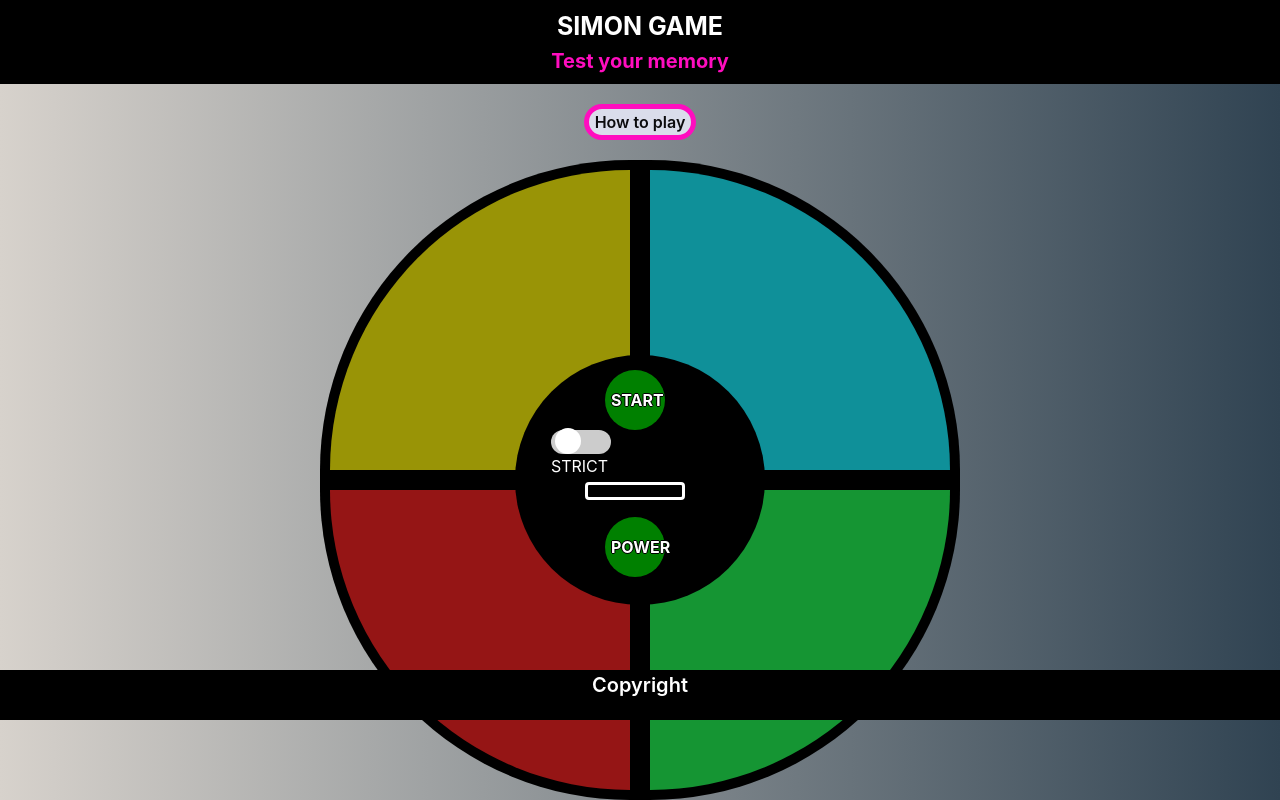
Repository: murphya14/Simon-game
Page: index.html
The author's editor kept a record of every edit. The page is drawn from the files as they stood at one moment, then again after the next edit.
The browser window is 1280 px wide. The pictures show the whole page.

Above is the page before.
Console error: SyntaxError: Unexpected token ')'

### index.html
<!DOCTYPE html>
<html lang="en">

<head>
    <meta charset="UTF-8">
    <meta name="viewport" content="width=device-width, initial-scale=1, shrink-to-fit=no">
    <meta http-equiv="X-UA-Compatible" content="ie=edge">
    <meta charset="UTF-8">

    <meta name="description" content="Simon Memory Game">
    <meta name="keywords" content="Simon Memory, Memory Game, Game, Puzzle, Fun, Challenge">
    <meta name="author" content="Aisling Murphy">
    <link rel="stylesheet" href="assets/css/style.css" type="text/css" />
    <link href="/YOUR_PATH/favicon.ico" rel="icon" type="image/x-icon" />
    <link rel="stylesheet" href=" https://stackpath.bootstrapcdn.com/font-awesome/4.7.0/css/font-awesome.min.css" type="text/css" />
    <link href="https://fonts.googleapis.com/css?family=Orbitron&display=swap" rel="stylesheet">
    <link href="https://fonts.googleapis.com/css?family=Shojumaru&effect=3d rel='stylesheet' type='text/css">
    <link rel="stylesheet" href="https://stackpath.bootstrapcdn.com/bootstrap/4.3.1/css/bootstrap.min.css" integrity="sha384-ggOyR0iXCbMQv3Xipma34MD+dH/1fQ784/j6cY/iJTQUOhcWr7x9JvoRxT2MZw1T" crossorigin="anonymous">
    <link href="data:[embedded picture, 1901 characters]"
        rel="icon" type="image/x-icon" />
    <title>Simon Game</title>


</head>

<body>
    <header>
        <nav class="navbar navbar-expand-lg flex-column container-fluid">
            <div="row">
                <div class="col-12 header">Simon Game</div>
                </div>
                <div class="row">
                    <div class="col-12 sub-heading">Test your memory</div>
                </div>
    </header>
    </nav>

<div class="wrapper">
    <div class="container flex-column">

        <div class="row">
            <div class="col center">
                <!---Aided by https://www.pair.com/support/kb/how-to-use-jquery-to-generate-modal-pop-up-when-clicked/--->

                <div class="how-to popup-overlay">
                    <!--Creates the popup content-->
                    <div id="how-to-p" class="popup-content">
                        <h2>How to Play</h2>
                        <p> This is an example pop-up that you can make using jQuery. lorem ipsum keyboard shortcuts. Select how much text you want from the menu item in Edit->Text->Lorem Ipsum or in the right click menu in Lorem Ipsum. Press the shortcut
                            key (Alt+Shift+L) to add Lorem Ipsum text. Keep pressing to add more.</p>
                        <!--popup's close button-->
                        <button class="close">Close</button>
                    </div>
                </div>
                <!--Content shown when popup is not displayed-->

                <button id="how-to" class="open how-to">How to play</button>
            </div>
        </div>
    </div>

        <!---Help from https://www.danpurdy.co.uk/tutorial/simon-says-game-in-jquery-tutorial/ and ausio is sourced from FreeCodeAcademy-->

        <div class="row">
            <div class="col">
                <div class="background-circle">
                    <div class="pad one" data-pad="1" id="one">
                        <audio preload="auto" class="sound1" data-pad="1" id="clip1">
                 <source src="https://s3.amazonaws.com/freecodecamp/simonSound1.mp3"></source>
               </audio>
                    </div>
                    <div class="pad two" id="two" data-pad="2">
                        <audio preload="auto" class="sound2" data-pad="2" id="clip2">
         <source src="https://s3.amazonaws.com/freecodecamp/simonSound2.mp3"></source>
                 </audio>
                    </div>
                    <div class="pad three" id="three" data-pad="3">
                        <audio preload="auto" class="sound3" data-pad="3" id="clip3">
              <source src="https://s3.amazonaws.com/freecodecamp/simonSound3.mp3"></source>

                </audio>
                    </div>
                    <div class="pad four" id="four" data-pad="4">
                        <audio preload="auto" class="sound4" data-pad="4" id="clip4">
                  <source src="https://s3.amazonaws.com/freecodecamp/simonSound4.mp3"></source>
                </audio>
                    </div>

                    <div class="circle">

                    <button class="center start-button" id="start">Start</button>


                    <div class="custom-control custom-switch " id="strict" >
                        <label class="switch">
                      <input type="checkbox">
                      <span class="slider round"></span>
                      <div class="strict uppercase">Strict</div>
                    </label>

                    </div>

                    <button class="btn" type="button" id="counter" ></button>

                     <button class="center start-button" id="on" >Power</button>

                    </div>

                </div>

            </div>

        </div>
 </div>
        <footer class="footer flex-column">
            <p class="col"> Copyright </p>
        </footer>

        <script src="https://code.jquery.com/jquery-3.3.1.slim.min.js" integrity="sha384-q8i/X+965DzO0rT7abK41JStQIAqVgRVzpbzo5smXKp4YfRvH+8abtTE1Pi6jizo" crossorigin="anonymous"></script>
        <script src="https://ajax.googleapis.com/ajax/libs/jquery/3.3.1/jquery.min.js"></script>
        <script src="https://cdnjs.cloudflare.com/ajax/libs/popper.js/1.14.7/umd/popper.min.js" integrity="sha384-UO2eT0CpHqdSJQ6hJty5KVphtPhzWj9WO1clHTMGa3JDZwrnQq4sF86dIHNDz0W1" crossorigin="anonymous"></script>
        <script src="https://stackpath.bootstrapcdn.com/bootstrap/4.3.1/js/bootstrap.min.js" integrity="sha384-JjSmVgyd0p3pXB1rRibZUAYoIIy6OrQ6VrjIEaFf/nJGzIxFDsf4x0xIM+B07jRM" crossorigin="anonymous"></script>
        <script type="text/javascript" src="assets/js/make.js"></script>
</body>

</html>

### assets/css/style.css
@import url('https://fonts.googleapis.com/css?family=Orbitron&display=swap');


body {
background-image: linear-gradient(to right, #d7d2cc 0%, #304352 100%);
/*background sourced from https://webgradients.com/*/
    height: 100%;
    font-family: 'Orbitron', sans-serif;
    font-size: 20px;
    text-align: center;
    position: relative;
    width: 100%;
    margin: auto;
}

.wrapper {
    position: relative;
    width: 640px;
    margin: 0 auto;

}

.uppercase {text-transform: uppercase}


.center {
    text-align: center;
    ;
}

/*Nav/header styling*/

.navbar {background-color: black;
    color: white;
    font-weight: 700;
}

.header {
    position: fixed;
    font-size: 25px;
    text-transform: uppercase;

    text-align: center;

}

.sub-heading {
    position: fixed;
    font-size:20px;
    text-align: center;
    color: #ff0dbf;
}


/*Shapes*/

.circle {
    position: absolute;
    top: 195px;
    left: 195px;
    width: 250px;
    height: 250px;
    background: #000;
    border-radius: 125px;
    z-index: 10;
}

.background-circle {
    position: absolute;
    top: 0px;
    width: 640px;
    height: 640px;
    z-index: 0;
    background-color: black;
    border-radius: 310px;
}


.pad {

    width: 300px;
    height: 300px;
    float: left;
    z-index: 1;
    margin: 10px;
    -ms-filter: "progid:DXImageTransform.Microsoft.Alpha(Opacity=60)";
    filter: alpha(opacity=60);
    opacity: 0.6;
    /*Opacity changes in JS based on the game being played*/
}



.one {
    border-top-left-radius: 300px;
    background-color: #FFF70B;
}

.two {
    float: left;
    border-top-right-radius: 300px;
    background-color: #19F0FF;
    clear: right;
}

.three {
    float: left;
    border-bottom-left-radius: 300px;
    background-color: #F92323;
    clear: left;
}

.four {
    float: left;
    border-bottom-right-radius: 300px;
    background-color: #23F955;

}

/*Buttons*/

/*Styling for modul button*/

.how-to {
    color: #0b0b0d;
    border: 5px solid #ff0dbf;
    background-color: #daddeb;
    font-weight: 600;
    border-radius: 25px;

    margin: 20px;
    text-align: center;
    cursor: pointer;
}

.how-to:hover {
    background-color: #ff0dbf;
    color: white;
    font-weight: 700;
}

#how-to-p {
    Background-color: #ff0dbf;
    border-radius: 2em 2em 2em 2em / 1em 1em 1em 1em;
    color: black;
    width: 100%;

    text-align:center;
}
/*-----------------------------------Pop up modaL activation*/

.popup-overlay {
  /*Hides pop-up when there is no "active" class*/
  visibility: hidden;
  position: absolute;
  background: #ffffff;
  border: 3px solid #666666;
  width: 50%;
  height: 50%;
  left: 25%;
}

.popup-overlay.active {
  /*displays pop-up when "active" class is present*/
  visibility: visible;
  text-align: center;
  z-index: 10;
}

.popup-content {
  /*Hides pop-up content when there is no "active" class */
  visibility: hidden;
}

.popup-content.active {
  /*Shows pop-up content when "active" class is present */
  visibility: visible;
   z-index: 10;
   width:100%;
   padding:10px;
}


.how-to-p, h2 {color: white;}

.close {color:white;
    font-weight: 700;
}

.hide {display:none;}

.start-button {
    width: 60px;
    height: 60px;
    background-color: green;
    border-radius: 310px;
    text-align: center;
    font-weight: 700;
    margin-left: 90px;
    margin-top: 15px;
    text-transform: uppercase;
    border: 20px;
    border-color: #0B7842;
    text-shadow: -1px 0 black, 0 1px black, 1px 0 black, 0 -1px black;
    color: white;
    cursor: pointer
}


.start-button:hover {
    background-color: #49fb35;
}

.begin-game-start {background-color: #49fb35;}

.begin-game-pads {opacity:1;}

#counter {

  width: 40%;
  text-align: center;
  margin-left:70px;
  color:#F50505;
  border: solid white;


}
/*-----------------------------------slider- using help from https://www.w3schools.com/howto/howto_css_switch.asp*/
.switch {
  position: relative;
  display: inline-block;
  width: 60px;
  height: 24px;
}

/* Hide default HTML checkbox */
.switch input {
  opacity: 0;
  width: 0;
  height: 0;
}

/* The slider */
.slider {
  position: absolute;
  cursor: pointer;
  top: 0;
  left: 0;
  right: 0;
  bottom: 0;
  background-color: #ccc;
  -webkit-transition: .4s;
  transition: .4s;
}

.slider:before {
  position: absolute;
  content: "";
  height: 26px;
  width: 26px;
  left: 4px;
  bottom: 0px;
  background-color: white;
  -webkit-transition: .4s;
  transition: .4s;
}

input:checked + .slider {
  background-color: #F7135F;
}

input:focus + .slider {
  box-shadow: 0 0 1px #2196F3;
}

input:checked + .slider:before {
  -webkit-transform: translateX(26px);
  -ms-transform: translateX(26px);
  transform: translateX(26px);
}

/* Rounded sliders */
.slider.round {
  border-radius: 34px;
}

.slider.round:before {
  border-radius: 50%;
}

.strict{color:white}

#strictButton {margin:15px;
margin-left: 55px;

}

/*Class for JS*/
.disabled { pointer-events: none; }

/*Footers*/

.footer {
    position: fixed;
    left: 0;
    bottom: 0;
    width: 100%;
    text-align: center;
    font-size: 10px;
    margin:0;
    color: white;
    background-color: black;
    height: 50px;
    font-size: 20px;
    font-weight: 600;

}

### assets/js/make.js
let order = [];
let sequence = [];
let playerSequence = [];
let flash;
let turn;
let good;
let compTurn;
let intervalId;
let Strict =false;
let noise = true;
let on = false;
let win;
let offNoise = new Audio('');
let winNoise = new Audio('');
let strictNoise = new Audio('');
let playInterval;
let playTimeout;
let computerCount;
let playerCount;
let allowStart;
let randomNumber;
let randomNum;

const turnCounter = document.querySelector("#counter");
const topLeft = document.querySelector("#one");
const topRight = document.querySelector("#two");
const bottomLeft = document.querySelector("#three");
const bottomRight = document.querySelector("#four");
const strictButton = document.querySelector("#strict");
const onButton = document.querySelector("#on");
const startButton = document.querySelector("#start");



 /*---------------------------------JQuery/JS will load once the DOM is ready*/

$(document).ready(function() {

 /*--------------------------------------------------------------------------------Modal button*/
$(".open").on("click", function() {
  $(".popup-overlay, .popup-content").addClass("active");
});

/*removes the "active" class to .popup and .popup-content when the "Close" button is clicked*/
$(".close, .popup-overlay").on("click", function() {
  $(".popup-overlay, .popup-content").removeClass("active");
});


  /*--------------------------------------------------------------------------------- What happens when Power is clicked */

    /*----------------------------------------Flash at start of the game */
function flashColor() {
  $(".pad").addClass('begin-game-pads');

  }

      /*----------------------------------------Removal of flash */

 function clearColor(){
       $(".pad").removeClass("begin-game-pads");
       }

  /*----------------------------------------The game cannot start before power has been turned on */

let allowStart = startButton.onclick = () => {
        $("#start").addClass("begin-game-start");
        clearColor();
        initializeGame();
        };
 /*--------------------------------------------------------------------------------- What happens when start is clicked(after on has been clicked) */


if(on ==false){
    turnCounter.innerHTML = "--";
    clearColor();
    clearInterval(intervalId);
}
else{
 allowStart;
}



    /*----------------------------------------Power is clicked*/

$("#on").click(function() {
       window.on ==true;
      $("#on").addClass("begin-game-start");
      flashColor();
      turnCounter.innerHTML = "Score";

});

/*----------------------------------------Initialize game outs everything back to default settings */

function initializeGame() {
    clearInterval(playInterval);
    clearColor();
    turnCounter.innerHTML="0";
    sequence = [];
    turn = 0;
    $(".pad").addClass('disabled');
    randomNumber();
    intervalId = setInterval(turn, 800);
    gamePlay();

}


/*----------------------------------------Pushes a number between 1-4 randomly into the sequence array */
function randomNumber() {
      randomNum = Math.ceil(Math.random() * 4);
    sequence.push(randomNum);
    console.log(sequence);
}

/*----------------------------------------This is the computers turn to generate a sequence. It sets the computer and player to 0. There is an array for the
player sequence. The turn increment sets the array, playerCount and computerCount back to 0 for the next count. The player interval is a switch that checks the sequence in the array. Each element of the sequence produces a flash and associated sound.
The value of the ComputerCount determines how many times this will be run. Once the sequence matches the computerCount, the playInterval will stop which allows the player to start clicking.
The computerCount is then incremented by 1.*/



function gamePlay() {
    turn++;
    playerCount = 0;
    computerCount = 0;
    playerSequence = [];
    playInterval = setInterval(function() {
        switch (sequence[computerCount]) {
            case 1:
               one();
                break;
            case 2:
                two();
                break;
            case 3:
                three();
                break;
            case 4:
                four();
                break;
            default:
                break;
        }
        if (sequence.length === computerCount) {
            clearInterval(playInterval);
            $(".pad").removeClass('disabled');
        }
        computerCount++;
    }, 800);
}
/*----------------------------Changes visuals after the pad has been clicked*/
function playerTimeout() {
    playTimeout = setTimeout(function() {
       clearColor();
    }, 400);
}
/*------------------------------------------------------- Pairing color change and audio for each of the four pads*/
function one() {
     {
    topLeft.css("opacity=1");
    playerTimeout();
    soundGenerate('clip1');
}

function two() {
topRight.css("opacity=1");
    playerTimeout();
    soundGenerate('clip2');
}
function three() {
    bottomLeft.css("opacity=1");
    playerTimeout();
    soundGenerate('clip3');
}
function four() {
bottomRight.css("opacity=1");
    playerTimeout();
    soundGenerate('clip4');
}

/*-------------------------------------If pad is clicked, the player sequence is created.-*/

topLeft.addEventListener('click', (event) => {
  if (on) {
    playerSequence.push(1);
    check();
    one();
    if(!win) {
         setTimeout(() => {
        clearColor();
      }, 300);
    }
  }
});

topRight.addEventListener('click', (event) => {
  if (on) {
    playerSequence.push(2);
    check();
    two();
    if(!win) {
      setTimeout(() => {
        clearColor();
      }, 300);
    }
  }
});

bottomLeft.addEventListener('click', (event) => {
  if (on) {
    playerSequence.push(3);
    check();
    three();
    if(!win) {
      setTimeout(() => {
        clearColor();
      }, 300);
    }
  }
});

bottomRight.addEventListener('click', (event) => {
  if (on) {
    playerSequence.push(4);
    check();
    four();
    if(!win) {
      setTimeout(() => {
        clearColor();
      }, 300);
    }
  }
});



 /*------------------------------------- function to check if the array of the computer matches the array the player has inputted and increment the count*/

  let playerSeqMatch =
   playerSequence[playerCount - 1] === sequence[playerCount - 1];
    good = true;

    let playerSeqNotMatch =
    playerSequence[playerCount - 1] !== sequence[playerCount - 1];
    good = false;



function check() {
    playerCount++;
            /*-------------Assigns variables to see if the player and computer sequence match*/


    /*-------------Assigns the boolean "good" which reacts to whether the sequence of the player and computer match and incorporates the strict rule*/
   if (good == false) {
    flashColor();
    turnCounter.innerHTML = "Nope!";
    setTimeout(function(){
      turnCounter.innerHTML = turn;
      clearColor();
      checkStrict();}, 3000);}

     if(good==true){
    flashColor();
    turnCounter.innerHTML = "WELL DONE!";
    setTimeout(function() {
      turnCounter.innerHTML = counter();
      clearColor();
      checkStrict();
      counter();}, 3000);}

 /*-------------Assigns the rule that will apply if strict is on*/


    if (Strict == true && playerSeqNotMatch) setTimeout(function() {
        showGameOver();
      }, 800);

      else setTimeout(function()  {
        compTurn = true;
        flash = 0;
        sequence = [];
        good = true;
      }, 800);




   /*-------------Assigns the rule that will apply if the sequence of the player and computer match*/

  if (playerSeqMatch) {
    turn++;
   sequence = [];
    compTurn = true;
    flash = 0;
    good=true;
    counter();
    intervalId = setInterval(turn, 800);}

}

 /*-------------Criteria for the game to be won and what occurs*/

if (playerCount === 20 && playerSeqMatch) {
        clearInterval(playInterval);
        winGame();
}
 /*-------------------------------------Running the check function through when the pads have been clicked by the player*/



 /*--------------------------------------------------------------------------------- Strict button setting */



function checkStrict() {
    if ($("#strict").is(":checked")){
      Strict = true;
    } else {
      Strict = false;
    }
  }


 /*----------------------------------------------------------------------------------COUNTER: Sets the value of the new value as it is incremented by 1*/

function counter (){
    var currentVal = document.getElementById("counter");
    var newVal = 0;

    if (currentVal<20){
         newval = currentVal + 1;
    }
    document.getElementById("counter").innerHTML = newVal;
}


/*---------------------------This removes the flash of the pads after 500 milliseconds */

function flashTimeout() {
    flashColor;
    setTimeout(function() {
        clearColor();
    }, 500);
}



/*---------------------------This function is incurred when it is game over and reflects this message in the Counter box */

function showGameOver() {
   turnCounter.innerHTML("GAME OVER");
   flashColor();
}

/*---------------------------This function is incurred when it is game over and reflects this message in the Counter box if the player has won adn plays the winning music*/

function winGame() {
    turnCounter.innerHTML("WIN!");
    flashColor();
    setTimeout(function() {
        winNoise;
    }, 2000);
}

});

After the next edit:
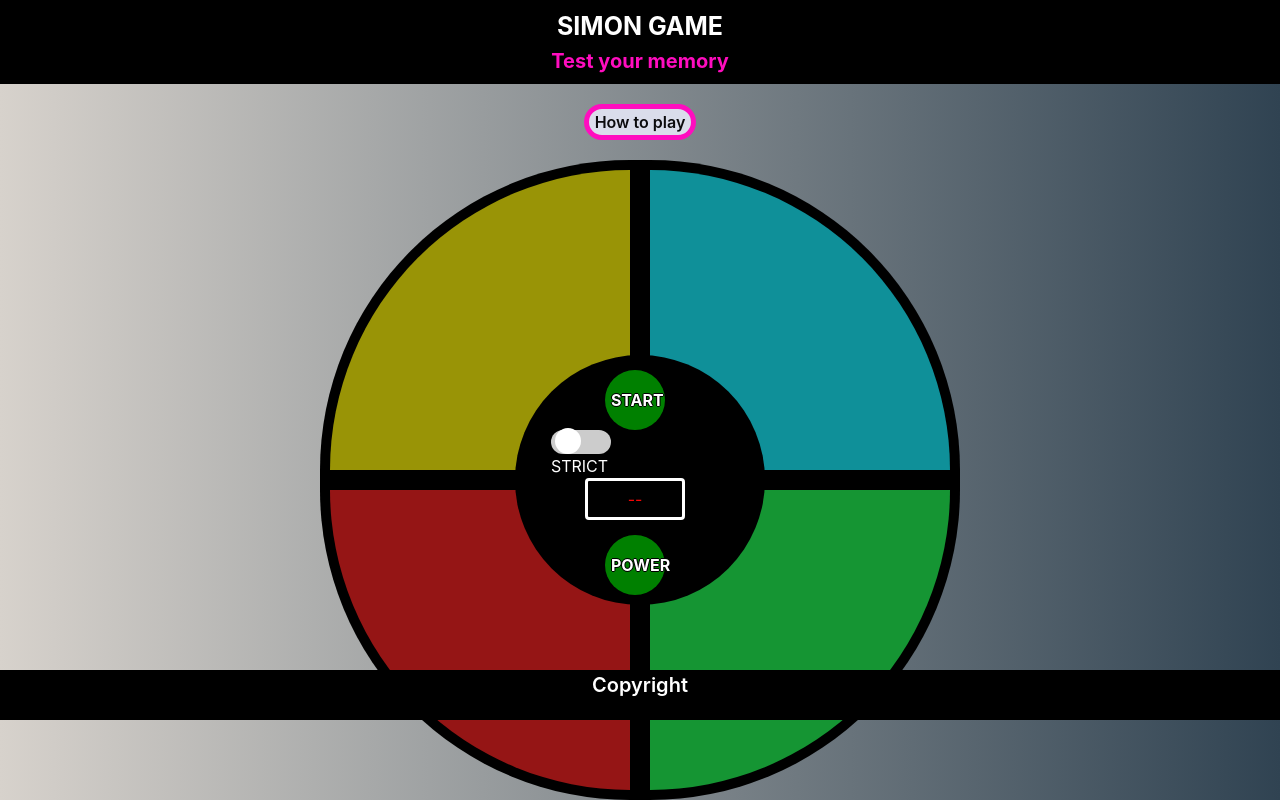
The error is gone.
The edit:
--- a/assets/js/make.js
+++ b/assets/js/make.js
@@ -159,7 +159,7 @@
 }
 /*------------------------------------------------------- Pairing color change and audio for each of the four pads*/
 function one() {
-     {
+
     topLeft.css("opacity=1");
     playerTimeout();
     soundGenerate('clip1');
